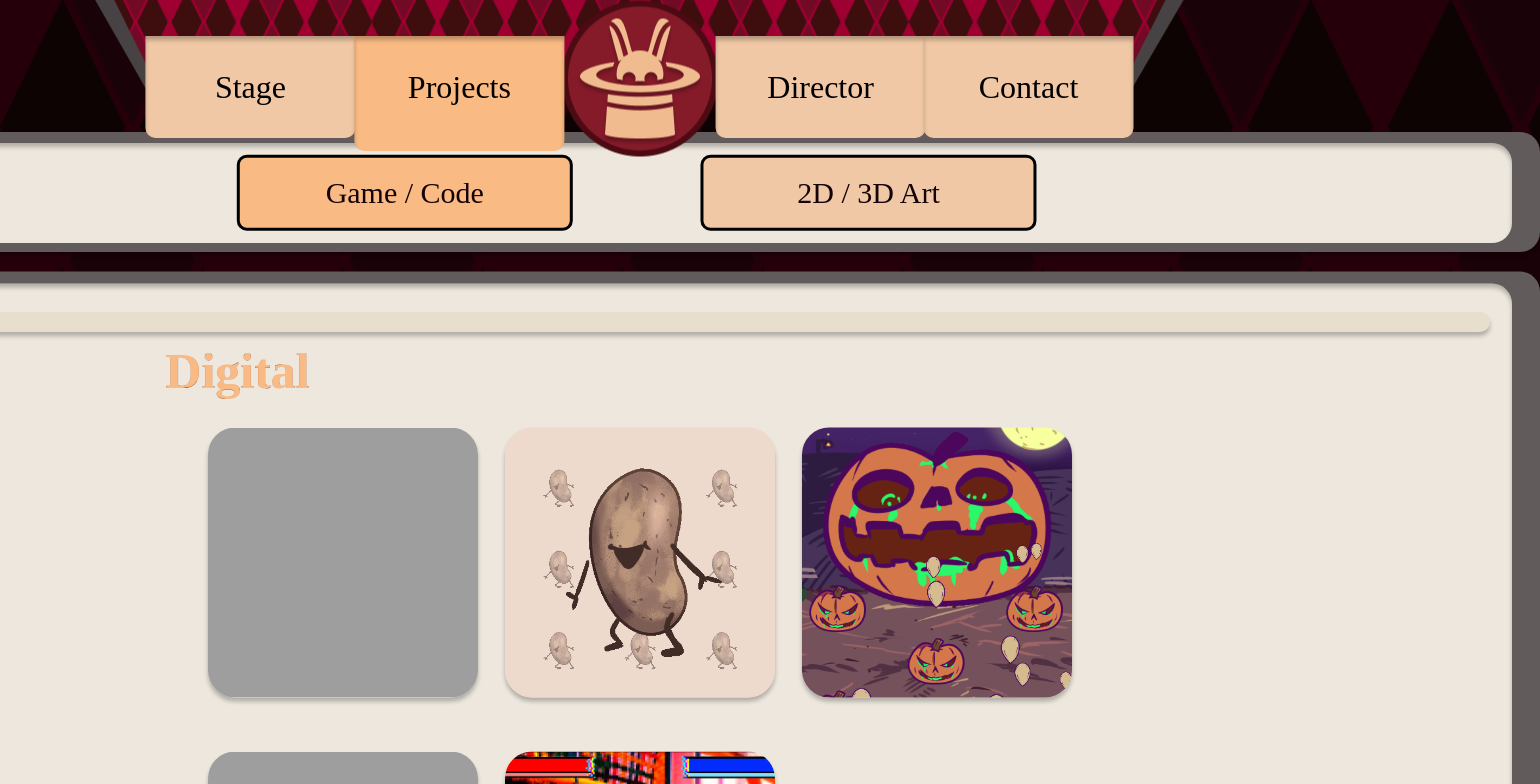
Repository: EMP-ChristinaC/Portfolio
Page: main-project-page/projects.html
An editor plug-in stored every save of this project. The page is shown before and after the next save, followed by the edit.
The browser window is 1280 px wide. The page is 1540 px wide, so the pictures cover 1540 px, including what lies to the right of the window. The pictures show the part of the page from y = 0 to 784 px (the page is 2161 px tall).
Pictures or frames that could not be fetched are drawn as grey boxes. Some web fonts or font styles are not loaded; a fallback is used.

Above is the page before, as saved 2024-12-18 16:53:42.

### main-project-page/projects.html
<!DOCTYPE html>
<html lang="en">

<head>
    <meta charset="UTF-8">
    <meta name="viewport" content="width=device-width, initial-scale=1.0">
    <title>CC- Project Gallery Main</title>
    <!--- ////////////////// OUTSIDE STYLES //////////////////-->


    <!--- ///////////////// GOOGLE FONTS  ////////////////////-->
    <link rel="preconnect" href="https://fonts.googleapis.com">
    <link rel="preconnect" href="https://fonts.gstatic.com" crossorigin>
    <link
        href="https://fonts.googleapis.com/css2?family=Overlock:ital,wght@0,400;0,700;0,900;1,400;1,700;1,900&family=Vast+Shadow&display=swap"
        rel="stylesheet">

    <!--- /////////////// MY STYLES ////////////////-->

    <link rel="stylesheet" href="projects-style.css">
    <link rel="stylesheet" href="../nav.css">
    <!-- <link rel="stylesheet" href="projects-style1280x1024.css"> -->
    <link rel="stylesheet" href="media-style-mac-main.css">
    <link rel="stylesheet" href="media-style-phone-main.css">

    <!--- //////////////// FAVICON LINKS ///////////////////-->
    <link rel="shortcut icon" href="../image/logo.png" type="image/x-icon">
    <link rel="icon" href="../image/logo.png" type="image/x-icon">

</head>

<body class="project">

    <!--- /////////////////////// NAVIGATION /////////////////////-->
    <header class="navigation">
        <img class="nav-background" src="../image/nav-background.png"
            alt="A decor for the nav, it holds a logo with diamond patterns in the background.">


            <a href="../index.html" class="nav-home">Stage</a>
            <a href="../about-page/about.html" class="nav-about">Director</a>
            <a href="../contact-page/contact.html" class="nav-contact">Contact</a>
            <a href="projects.html" class="nav-projects current">Projects</a>
    </header>

    <!--- /////////////////////// BOX OUTLINE ///////////////////////-->

    <div class="box-outline-outside-projects-sub-nav">
        <div class="box-outline-inside-projects-sub-nav"></div>
    </div>

    <a href="projects.html" class="main current-sub">Game / Code</a>

    <a href="../sub-project-page/projects-two.html" class="sub">2D / 3D Art</a>


    <div class="box-outline-outside-projects">
        <div class="box-outline-inside-projects"></div>
    <!-- <div class="dia-left-projects">
        <img src="../image/Dia-bottom-left.png"
            alt="A diamond pattern decor that is placed onto the bottom left of the box outline">
    </div>

    <div class="dia-right-projects">
        <img src="../image/Dia-top-right.png"
            alt="A diamond pattern decor that is placed onto the top right of the box outline">
    </div> -->
    </div>

    <div class="box-outline-heading-wel-project">
        <div class="heading-intro-project">
            <h1>Digital</h1>
        </div>
    </div>

    <!--- ////////////////////////-->

    <div class="box-outline-outside-projects-two">
        <div class="box-outline-inside-projects-two"></div>
    <!-- <div class="dia-left-projects-two">
        <img src="../image/Dia-bottom-left.png"
            alt="A diamond pattern decor that is placed onto the bottom left of the box outline">
    </div>

    <div class="dia-right-projects-two">
        <img src="../image/Dia-top-right.png"
            alt="A diamond pattern decor that is placed onto the top right of the box outline">
    </div> -->
    </div>

    <div class="box-outline-heading-wel-project-two">
        <div class="heading-intro-project-two">
            <h1>Physical</h1>
        </div>
    </div>



    <!--- ////////////////////////-->

    <div class="box-outline-outside-foot">
        <div class="box-outline-inside-foot"></div>

            <footer class="section">
                <p>© 2024 by Christina Chan. Powered and secured by Github</p>

                <a class="github" href="https://github.com/EMP-ChristinaC"> <img src="../image/Github-icon.png"
                    alt="Github icon image."></a>

            <a class="twitter" href="https://x.com/EMP_Nifl"> <img src="../image/Twitter-Icon.png"
                    alt="Twitter icon image."></a>

                    <a class="discord" href="https://discordapp.com/users/456539039286165514"> <img src="../image/discord-icon.webp"
                            alt="Discord icon image."></a>

                    <a class="linkedin" href="https://www.linkedin.com/in/christina-chan-290a29323/"> <img src="../image/Linkedin-icon.webp"
                            alt="Linkedin icon image."></a>

                            <a class="instagram" href="https://www.instagram.com/emp_christinac/"> <img
                                src="../../image/InstagramIcon.png" alt="Instagram icon image."></a>
                </div>

            </footer>
    </div>


    <!--- /////////////////////// DECOR  ///////////////////////-->

    <!-- <div class="left-curtain">
        <img src="../image/curtains-left.png" alt="A curtain decor that is placed on the left side of the website.">
    </div>

    <div class="right-curtain">
        <img src="../image/curtain-right.png" alt="A curtain decor that is placed on the right side of the website.">
    </div> -->

    <!--- /////////////////////// TEXT ///////////////////////-->


    <!--- /////////////////////// FOOTER ///////////////////////-->


    <!--- /////////////////////// IMAGES DESKTOP ///////////////////////-->

    <div class="image-container">
        <a href="../projects/cardcraft/mc.html"> <img src="../image/CardCraft-Show Case-Overview.jpg" alt="An overview image of a project called CardCraft.">
        <div class="hover-overlay">
            <div class="hover-text-overlay">CardCraft</div>
        </div>
    </div>

    <div class="image-container-two">
        <a href="../projects/potato-shuffle/potato.html"> <img src="../image/Cover.png" alt="An overview image of a project called Potato Shuffle.">
        <div class="hover-overlay">
            <div class="hover-text-overlay">Potato Shuffle</div>
        </div>
    </div>

    <div class="image-container-three">
        <a href="../projects/mystic-rain/mystic.html"> <img src="../image/MysticRain Home Screen.png" alt="An overview image of a project called MysticRain.">
        <div class="hover-overlay">
            <div class="hover-text-overlay">MysticRain</div>
        </div>
    </div>


    <div class="image-container-four">
        <a href="../projects/smash-n-dash/smash.html"> <img src="../image/Smash-N-Dash-Main-Screen.png" alt="An overview image of a project called Smash N Dash.">
        <div class="hover-overlay">
            <div class="hover-text-overlay">Smash-n-Dash</div>
        </div>
    </div>

    <div class="image-container-five">
        <a href="../projects/"> <img src="../image/Inner-Demons-Gallery.png" alt="An overview image of a project called Sniffle: The Fox Box.">
        <div class="hover-overlay">
            <div class="hover-text-overlay">Inner Demons<br> [In Progress]</div>
        </div>
    </div>

    <div class="image-container-six">
        <a href="../projects/"> <img src="../image/OnlyTwo-Gallery.png" alt="An overview image of a project called Liyue Sunset.">
        <div class="hover-overlay">
            <div class="hover-text-overlay">Only Two<br> [In Progress]</div>
        </div>
    </div>

    <div class="image-container-seven">
        <a href=""> <img src="../image/Please-Wait.png" alt="An overview image of a project called Please Wait.">
        <div class="hover-overlay">
            <div class="hover-text-overlay">Please Wait! <br> [In Progress]</div>
        </div>
    </div>


</body>

</html>

### main-project-page/projects-style.css

/*///////////////////////////////// Box Outline ////////////////////////////*/
.box-outline-outside-projects,
.box-outline-outside-projects-two {
    width: 1800px;
    height: 804px;
    background: rgba(98, 91, 92);
    box-shadow: 0px 4px 4px rgba(0, 0, 0, 0.25);
    border-radius: 20px;
}

.box-outline-outside-projects {
    position: absolute;
    top: 50%;
    left: 50%;
    transform: translate(-50%, -11%);
}

.box-outline-outside-projects-two {
    position: absolute;
    top: 50%;
    left: 50%;
    transform: translate(-50%, 95%);
}

.box-outline-outside-projects-sub-nav {
    width: 1800px;
    height: 120px;
    background: rgba(98, 91, 92);
    box-shadow: 0px 4px 4px rgba(0, 0, 0, 0.25);
    border-radius: 20px;
    position: absolute;
    top: 50%;
    left: 50%;
    transform: translate(-50%, -190%);
}


/*//////////////////////////////////////////////////////////////////////////////*/


.box-outline-inside-projects {
    width: 1745px;
    height: 780px;
    background: #EDE7DD;
    box-shadow: 0px 4px 4px rgba(0, 0, 0, 0.25) inset;
    border-radius: 20px;
    position: absolute;
    top: 1.5%;
    left: 1.5%;
    /* transform: translate(-50%, -26.3%); */
}

.box-outline-inside-projects-two {
    width: 1745px;
    height: 780px;
    background: #EDE7DD;
    box-shadow: 0px 4px 4px rgba(0, 0, 0, 0.25) inset;
    border-radius: 20px;
    position: absolute;
    top: 1.5%;
    left: 1.5%;
    /* transform: translate(-50%, -26.3%); */
}

.box-outline-inside-projects-sub-nav {
    width: 1745px;
    height: 100px;
    background: #EDE7DD;
    box-shadow: 0px 4px 4px rgba(0, 0, 0, 0.25) inset;
    border-radius: 20px;
    position: absolute;
    top: 9%;
    left: 1.5%;
    /* transform: translate(-50%, -26.3%); */
}

/*/////////////////////////////////////*/

.box-outline-heading-wel-project,
.box-outline-heading-wel-project-two {
    width: 1700px;
    height: 20px;
    background: #E7DECD;
    box-shadow: 0px 4px 4px rgba(0, 0, 0, 0.25);
    border-radius: 20px;
    z-index: 1;

}
/*/////////////////////////////////////*/

.box-outline-heading-wel-project {
    position: absolute;
    top: 45%;
    left: 50%;
    transform: translate(-50%, -60%);
}

.box-outline-heading-wel-project-two {
    position: absolute;
    top: 90%;
    left: 50%;
    transform: translate(-50%, 895%);
}


/*/////////////////////////////////////*/

.box-outline-outside-foot {
    width: 100%;
    height: 200px;
    background: rgba(98, 91, 92);
    box-shadow: 0px 4px 4px rgba(0, 0, 0, 0.25);
    border-radius: 20px 20px 0 0;
    position: absolute;
    top: 50%;
    left: 50%;
    transform: translate(-50%, 800%);
}

.box-outline-inside-foot {
    width: 99%;
    height: 185px;
    position: absolute;
    background: #EDE7DD;
    box-shadow: 0px 4px 4px rgba(0, 0, 0, 0.25) inset;
    border-radius: 20px 20px 0 0;
    position: absolute;
    /* transform: translate(-50%, 343%); */
    top: 8%;
    left: 0.5%;
}


/*///////////////////////////////// Decor ////////////////////////////*/

.dia-left-projects img,
.dia-left-projects-two img {
    position: absolute;
    top: 27%;
    left: 50%;
    transform: translate(-385%, 205%);
}


.dia-right-projects img,
.dia-right-projects-two img {
    position: absolute;
    top: 27%;
    right: 50%;
    transform: translate(385%, -107%);
}


/*/////////////////////////////////////*/

.left-curtain {
    position: fixed;
    top: 0%;
    left: 0%;
}

.right-curtain {
    position: fixed;
    top: 0%;
    right: 0%;
}

/*///////////////////////////////// Heading Text ////////////////////////////*/

.heading-intro-project,
.heading-intro-project-two {
    width: 827px;
    text-align: center;
    color: #FABA84;
    font-size: 25px;
    font-family: Vast Shadow;
    font-weight: 400;
    -webkit-text-stroke: 0.1px #4C0B13;
    z-index: 1;
}

/*/////////////////////////////////////*/

.heading-intro-project {
    position: absolute;
    top: -20%;
    left: 2%;
    /* transform: translate(-50%, -320%); */
}

.heading-intro-project-two {
    position: absolute;
    top: -20%;
    left: 2%;
    /* transform: translate(-50%, -320%); */
}

/*///////////////////////////////// Paragraph Text ////////////////////////////*/

footer.section {
    text-align: center;
    color: black;
    font-size: 14px;
    font-family: Overlock;
    font-weight: 400;

    width: 500px;
    position: absolute;
    top: 50%;
    left: 50%;
    transform: translate(-53%, 80%);

}

footer.section p {
    width: 100%;
    height: 100%;
    transform: translate(1%, 35%);
}


/*/////////////////////////////////////*/
.github {
    width: 45px;
    height: 45px;
    position: absolute;
    top: 50%;
    left: 50%;
    overflow: hidden;
    box-shadow: 0px 4px 4px rgba(0, 0, 0, 0.25);
    border-radius: 30px;
    transform: translate(-250%, -180%);
}

.github img {
    width: 100%;
    height: 100%;
    object-fit: cover;
    transition: all 0.3s ease-in-out;
    transform: translate(0%, 0%);
}

.twitter {
    width: 45px;
    height: 45px;
    position: absolute;
    top: 50%;
    left: 50%;
    overflow: hidden;
    box-shadow: 0px 4px 4px rgba(0, 0, 0, 0.25);
    border-radius: 30px;
    transform: translate(-100%, -180%);
}

.twitter img {
    width: 100%;
    height: 100%;
    object-fit: cover;
    transition: all 0.3s ease-in-out;
    transform: translate(-0%, -0%);
}


.discord {
    width: 45px;
    height: 45px;
    position: absolute;
    top: 50%;
    left: 50%;
    overflow: hidden;
    box-shadow: 0px 4px 4px rgba(0, 0, 0, 0.25);
    border-radius: 30px;
    transform: translate(50%, -180%);
}

.discord img {
    width: 100%;
    height: 100%;
    object-fit: cover;
    transition: all 0.3s ease-in-out;
    transform: translate(-0%, -0%);
}


.linkedin {
    width: 45px;
    height: 45px;
    position: absolute;
    top: 50%;
    left: 50%;
    overflow: hidden;
    box-shadow: 0px 4px 4px rgba(0, 0, 0, 0.25);
    border-radius: 30px;
    transform: translate(200%, -180%);
}

.linkedin img {
    width: 100%;
    height: 100%;
    object-fit: cover;
    transition: all 0.3s ease-in-out;
    transform: translate(-0%, -0%);
}
/*///////////////////////////////// Button ////////////////////////////*/

.main,
.sub {
    position: absolute;
    text-align: center;
    color: #140307;
    font-family: Vast Shadow;
    font-weight: 400;
    background: #F0C8A6;
    top: 50%;
    left: 50%;
    border: none;
    cursor: pointer;
    transition: all 0.3s ease-in-out;
    border: 3px black solid;
    border-radius: 10px;
    z-index: 1;
}

/*/////////////////////////////////////*/


.main {
    transform: translate(-120%, -270%);
    font-size: 30px;
    line-height: 70px;
    width: 330px;
    height: 70px;
}

.sub {
    transform: translate(18%, -270%);
    font-size: 30px;
    line-height: 70px;
    width: 330px;
    height: 70px;
}


/*///////////////////////////////// Animation ////////////////////////////*/

.image-container {
    transform: translate(-160%, 340%);
}

.image-container-two {
    transform: translate(-50%, 25%);
}

.image-container-three {
    transform: translate(-160%, 145%);
}


.image-container-four {
    transform: translate(60%, 25%);
}

.image-container-five {
    transform: translate(-50%, 145%);
}

.image-container-six {
    transform: translate(-50%, 340%);
}

.image-container-seven {
    transform: translate(-160%, 25%);
}

.image-container,
.image-container-two,
.image-container-three,
.image-container-four,
.image-container-five,
.image-container-six,
.image-container-seven {
    top: 50%;
    left: 50%;
    position: absolute;
    width: 270px;
    height: 270px;
    border-radius: 10%;
    overflow: hidden;
    box-shadow: 0px 4px 4px rgba(0, 0, 0, 0.25);
}

.image-container img {
    width: 150%;
    height: 150%;
    object-fit: cover;
    transform: translate(-20%, -15%);
    transition: all 0.3s ease-in-out;
}

.image-container-two img {
    width: 130%;
    height: 130%;
    object-fit: cover;
    transform: translate(-12%, -16%);
    transition: all 0.3s ease-in-out;
}

.image-container-three img {
    width: 150%;
    height: 100%;
    object-fit: cover;
    transform: translate(-30%, -0%);
    transition: all 0.3s ease-in-out;
}

.image-container-four img {
    width: 100%;
    height: 190%;
    transform: translate(0%, -17%);
    object-fit: cover;
    transition: all 0.3s ease-in-out;
}

.image-container-five img {
    width: 100%;
    height: 100%;
    object-fit: cover;
    transition: all 0.3s ease-in-out;
}

.image-container-six img {
    width: 140%;
    height: 140%;
    object-fit: cover;
    transition: all 0.3s ease-in-out;
    transform: translate(0%, -15%);
}

.image-container-seven img {
    width: 100%;
    height: 100%;
    object-fit: cover;
    transition: all 0.3s ease-in-out;
}

.hover-overlay {
    position: absolute;
    top: 0;
    left: 0;
    width: 100%;
    height: 100%;
    display: flex;
    justify-content: center;
    align-items: center;
    opacity: 0;
    transition: opacity 0.8s ease;
    background: rgba(0, 0, 0, 0.4);
    border-radius: 10%;
}

.hover-text-overlay {
    color: #f1f1f1;
    font-size: 25px;
    font-family: Overlock;
    font-weight: 400;
    padding: 20px;
    text-align: center;
}

.image-container:hover .hover-overlay,
.image-container-two:hover .hover-overlay,
.image-container-three:hover .hover-overlay,
.image-container-four:hover .hover-overlay,
.image-container-five:hover .hover-overlay,
.image-container-six:hover .hover-overlay,
.image-container-seven:hover .hover-overlay {
    opacity: 1;
}


/*///////////////////////////////// Phone ////////////////////////////*/

.phone-projects {
    display: none;
}

### main-project-page/media-style-mac-main.css
@media screen and (min-width: 2005px) and (min-height: 1353px) {


    /*///////////////////////////////// Nav Decor ////////////////////////////*/
    .nav-background {
        transform: translate(-50%, -57%);
        width: 1320px;
        height: auto;

    }


    .nav-home,
    .nav-about,
    .nav-contact,
    .nav-projects {
        width: 250px;
        height: 120px;
        font-size: 38px;
        font-weight: 400;
        line-height: 120px;
    }

    .current {
        height: 16%;
    }

    /*///////////////////////// Nav Home //////////////////////////*/
    .nav-home {
        transform: translate(-235.5%);
    }

    .nav-home:hover {
        height: 16%;
    }

    /*///////////////////////////// Nav About /////////////////////////*/
    .nav-about {
        transform: translate(-136%);
    }

    .nav-about:hover {
        height: 16%;
    }

    /*/////////////////////////////////// Nav Contact ///////////////////////*/
    .nav-contact {
        transform: translate(36%);
    }

    .nav-contact:hover {
        height: 16%;
    }

    /*///////////////////////////////// Nav Projects ////////////////////////////*/
    .nav-projects {
        transform: translate(135%);
    }

    .nav-projects:hover {
        height: 16%;
    }

    /*//////////////////////////*/


    /* .project::before {
        width: 2005px;
        height: 2400px;
    } */


    .left-curtain img {
        width: auto;
        height: 1480px;
    }


    .right-curtain img {
        width: auto;
        height: 1510px;
    }





}

Loaded but not shown: main-project-page/media-style-phone-main.css (322 lines, source omitted); nav.css (334 lines, source omitted)

After the next save:
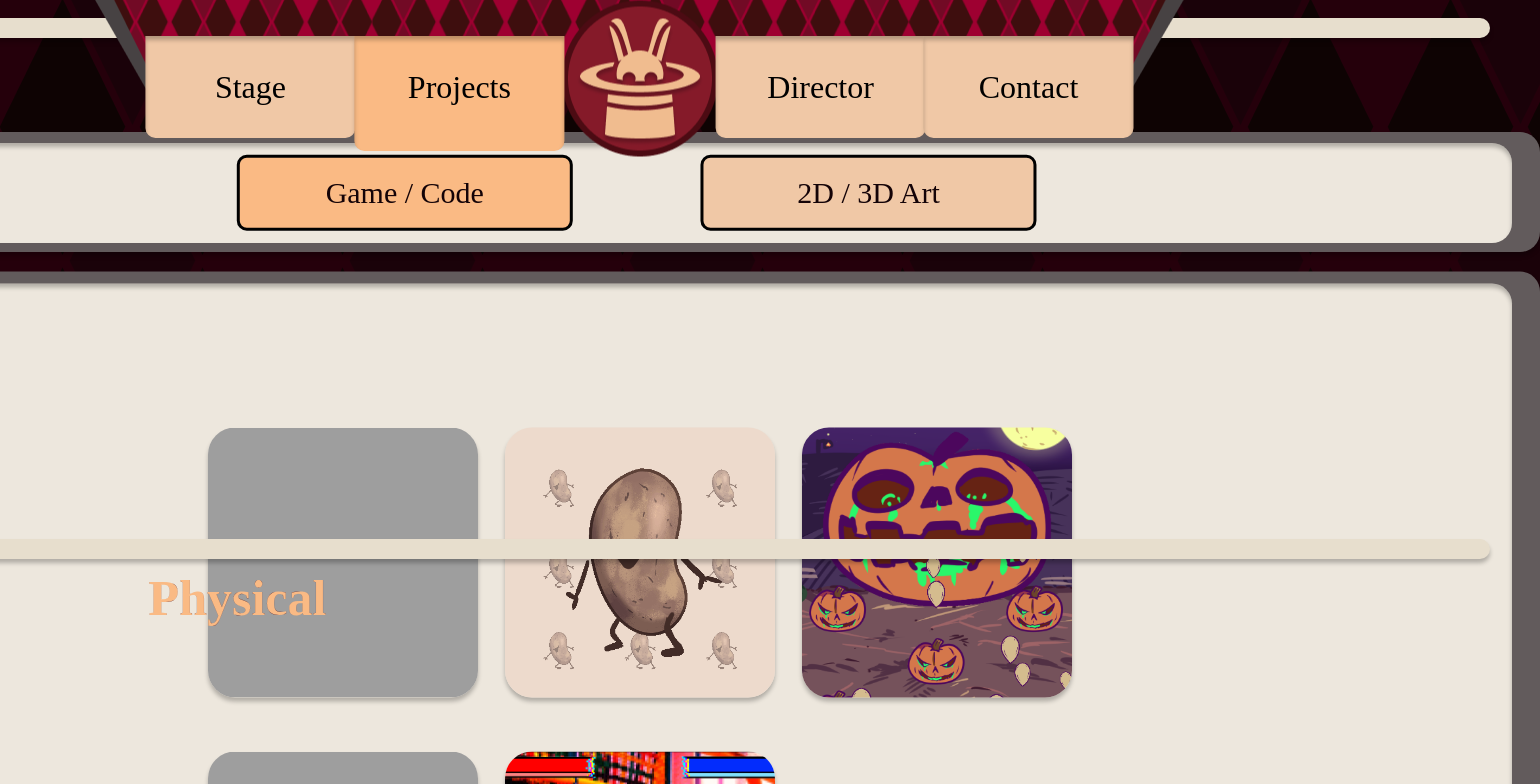
Saved 7 s later.
--- a/main-project-page/projects-style.css
+++ b/main-project-page/projects-style.css
@@ -91,14 +91,14 @@
 
 .box-outline-heading-wel-project {
     position: absolute;
-    top: 45%;
-    left: 50%;
-    transform: translate(-50%, -60%);
+    top: 28%;
+    left: 50%;
+    transform: translate(-50%, -920%);
 }
 
 .box-outline-heading-wel-project-two {
     position: absolute;
-    top: 90%;
+    top: 50%;
     left: 50%;
     transform: translate(-50%, 895%);
 }
